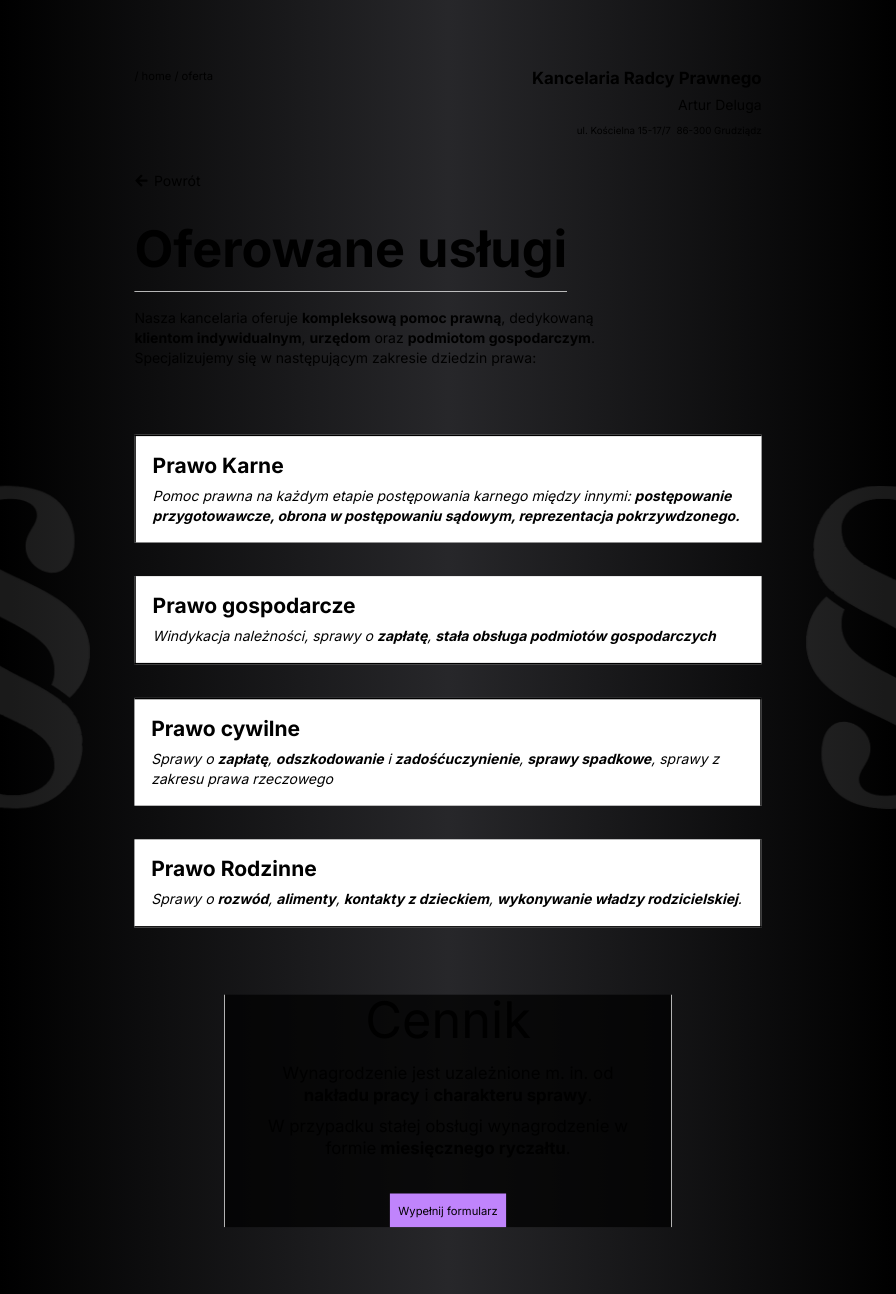
Repository: wesiudev/kancelaria-artur-deluga
Page: /oferta
These files come from the project's save history. The page is drawn as it stood at one moment and after the next save; the edit follows.
The browser window is 1280 px wide. The pictures show the whole page, at 70% of full size.
The project was rebuilt for these pictures with package versions that can differ from the ones it lists, and the page was loaded fresh each time. The framework's server and built-in components were replaced by stand-ins that run in the browser. Also part of the build but not shown: next.config.js.

Above is the page before, as saved 2023-08-08 04:24:09.

### app/layout.tsx
import "./globals.css";
import type { Metadata } from "next";
import { Inter } from "next/font/google";

const inter = Inter({ subsets: ["latin"] });

export const metadata: Metadata = {
  title: "Kancelaria Radcy Prawnego Artur Deluga",
  description:
    "Kancelaria Radcy Prawnego Grudziądz Prawo Karne, Pracwo cywilne, Prawo gospodarcze, Prawo Rodzinne. ul. Kościelna 15-17/7 86-300 Grudziądz. Pomoc prawna na każdym etapie postępowania karnego (postępowanie przygotowawcze, obrona w postępowaniu sądowym, reprezentacja pokrzywdzonego, etc.)",
  viewport: "width=device-width, initial-scale=1",
  icons: {
    icon: "/favicon.png",
  },
};

export default function RootLayout({
  children,
}: {
  children: React.ReactNode;
}) {
  return (
    <html lang="pl" className="scroll-smooth ">
      <body className={inter.className}>{children}</body>
    </html>
  );
}

### app/oferta/page.tsx
"use client";
import Image from "next/image";
import paragraphImage from "@/app/assets/paragraph.png";
import Link from "next/link";
import { FaArrowLeft } from "react-icons/fa";
import { useState } from "react";
const sendContactForm = async (data: any) =>
  fetch("/api/mail", {
    method: "POST",
    body: JSON.stringify(data),
    headers: { "Content-Type": "application/json", Accept: "application/json" },
  }).then((res) => {
    if (!res.ok) throw new Error("Failed to send message");
    return res.json();
  });

export default function OfferMobile() {
  const [isContactOpen, setContactOpen] = useState(false);
  const [firstName, setFirstName] = useState<string>("");
  const [email, setEmail] = useState<string>("");
  const [message, setMessage] = useState<string>("");

  const onSubmit = async () => {
    try {
      await sendContactForm({
        firstName: firstName,
        email: email,
        message: message,
      });
    } catch (error) {}
  };
  return (
    <div className="w-full mx-auto z-[2000] bg-gradient-to-r from-black via-zinc-800 to-black overflow-x-hidden">
      <div className="flex flex-col space-x-[100px] min-h-screen items-center py-24">
        <div className="flex flex-col w-[85vw] lg:w-[70vw] 2xl:w-[60vw] min-h-screen justify-center ">
          <Image
            src={paragraphImage}
            alt="Paragraf obrazek w tle"
            width={224}
            height={224}
            className="fixed opacity-10 -left-24 "
          />
          <Image
            src={paragraphImage}
            alt="Paragraf obrazek w tle"
            width={224}
            height={224}
            className="fixed opacity-10 -right-24 rotate-180"
          />
          <div className="flex flex-col justify-between w-full">
            <div className="flex flex-row justify-between">
              <div className="w-1/2">
                <h1 className="mb-12">
                  {" / "}
                  <Link
                    className="hover:underline hover:underline-offset-4"
                    href="/"
                  >
                    home
                  </Link>
                  {" / "}
                  <Link
                    className="hover:underline hover:underline-offset-4"
                    href="/oferta"
                  >
                    oferta
                  </Link>
                </h1>
              </div>
              <div>
                <h1 className="text-xl lg:text-2xl text-right sm:text-left font-bold">
                  Kancelaria Radcy Prawnego
                </h1>
                <div className="w-full flex justify-end">
                  <h2 className="text-xl mb-12 lg:mb-0 mt-2">Artur Deluga</h2>
                </div>
                <div
                  className={` flex-row space-x-2 text-sm justify-end mt-3 mb-12 hidden lg:flex`}
                >
                  <div>ul. Kościelna 15-17/7</div>
                  <div>86-300 Grudziądz</div>
                </div>
              </div>
            </div>
            <Link
              className="group flex flex-row items-center mb-12 text-xl w-max"
              href="/"
            >
              <FaArrowLeft className="mr-2" />
              <span className="hover:underline hover:underline-offset-4">
                {" "}
                Powrót
              </span>
            </Link>
            <div className="w-max">
              <h1 className="w-max text-4xl md:text-5xl lg:text-7xl  font-bold">
                Oferowane usługi
              </h1>
              <div className="h-px w-full my-6 bg-white" />
            </div>
          </div>
          <h2 className="text-left text-xl w-full lg:w-3/4 ">
            Nasza kancelaria oferuje{" "}
            <span className="font-bold"> kompleksową pomoc prawną</span>,
            dedykowaną <span className="font-bold">klientom indywidualnym</span>
            , <span className="font-bold">urzędom</span> oraz{" "}
            <span className="font-bold">podmiotom gospodarczym</span>.
            Specjalizujemy się w następującym zakresie dziedzin prawa:
          </h2>
          <div className="relative text-black flex flex-col space-y-12 mt-24">
            <div className="max-h-[50vh] border-0 hover:scale-105 duration-300 hover:bg-opacity-100 cursor-default  md:border-l-2 md:border-t-2 border-black bg-white  flex flex-col p-6 justify-between">
              <h1 className="text-3xl font-bold">Prawo Karne</h1>
              <p className="text-xl mt-3 italic">
                Pomoc prawna na każdym etapie postępowania karnego między
                innymi:{" "}
                <span className="font-bold">
                  postępowanie przygotowawcze, obrona w postępowaniu sądowym,
                  reprezentacja pokrzywdzonego.
                </span>
              </p>
            </div>
            <div className="max-h-[50vh] border-0 hover:scale-105 duration-300 hover:bg-opacity-100 cursor-default  md:border-l-2 md:border-b-2 border-black bg-white  flex flex-col justify-between p-6">
              <h1 className="text-3xl font-bold">Prawo gospodarcze</h1>
              <p className="text-xl mt-3 italic">
                Windykacja należności, sprawy o{" "}
                <span className="font-bold">zapłatę</span>,{" "}
                <span className="font-bold">
                  stała obsługa podmiotów gospodarczych
                </span>
              </p>
            </div>

            <div className="max-h-[50vh] border-0 hover:scale-105 duration-300 hover:bg-opacity-100 cursor-default  md:border-t-2 md:border-r-2 border-black bg-white  flex flex-col p-6 justify-between">
              <h1 className="text-3xl font-bold">Prawo cywilne</h1>
              <p className="text-xl mt-3 italic">
                Sprawy o <span className="font-bold">zapłatę</span>,{" "}
                <span className="font-bold">odszkodowanie</span> i{" "}
                <span className="font-bold">zadośćuczynienie</span>,{" "}
                <span className="font-bold">sprawy spadkowe</span>, sprawy z
                zakresu prawa rzeczowego
              </p>
            </div>
            <div className="max-h-[50vh] border-0 hover:scale-105 duration-300 hover:bg-opacity-100 cursor-default  md:border-r-2 md:border-b-2 border-black bg-white  flex flex-col p-6 justify-between">
              <h1 className="text-3xl font-bold">Prawo Rodzinne</h1>
              <p className="text-xl mt-3 italic">
                Sprawy o <span className="font-bold">rozwód</span>,{" "}
                <span className="font-bold">alimenty</span>,{" "}
                <span className="font-bold">kontakty z dzieckiem</span>,{" "}
                <span className="font-bold">
                  wykonywanie władzy rodzicielskiej
                </span>
                .
              </p>
            </div>
          </div>
          <div className="flex flex-col h-max my-auto px-3 lg:px-12 border-l border-r border-white  text-center relative w-[85vw] mt-12 lg:w-[50vw] lg:mx-auto lg:mt-24 lg:bg-black lg:bg-opacity-75">
            <h1 className="text-5xl lg:text-7xl ">Cennik</h1>
            <p className="mt-6 text-base lg:text-2xl">
              Wynagrodzenie jest uzależnione m. in. od{" "}
              <span className="font-bold"> nakładu pracy</span> i{" "}
              <span className="font-bold">charakteru sprawy</span>.
            </p>
            <p className="mt-3 text-sm lg:text-2xl">
              W przypadku stałej obsługi wynagrodzenie w formie
              <span className="font-bold"> miesięcznego ryczałtu</span>.
            </p>
            <button
              onClick={() => setContactOpen(true)}
              className=" p-3 bg-purple-400 hover:bg-purple-300 duration-300 text-black mt-12 w-max mx-auto"
            >
              Wypełnij formularz
            </button>
          </div>
          <div
            className={` flex-row space-x-2 text-sm justify-center mt-12 flex lg:hidden z-[1000]`}
          >
            <div>ul. Kościelna 15-17/7</div>
            <div>86-300 Grudziądz</div>
          </div>
        </div>
      </div>
      <div
        className={`fixed left-[50%] -translate-x-[50%] top-[50%] -translate-y-[50%] bg-gradient-to-bl from-black to-zinc-800 w-max h-max px-12 rounded-3xl py-6 duration-300 ${
          isContactOpen ? "z-[2000] opacity-100" : "z-[-1000] opacity-0"
        }`}
      >
        <h1 className="text-3xl text-center">Kontakt</h1>

        <div className="flex flex-col space-y-3 mt-6 lg:mt-12">
          <div className="flex flex-col lg:flex-row lg:space-x-3">
            <div className="flex flex-col">
              Imię{" "}
              <input
                onChange={(e) => setFirstName(e.target.value)}
                value={firstName}
                id="fName"
                type="text"
                className="mt-2 text-black"
              />
            </div>
            <div className="flex flex-col mt-3 lg:mt-0">
              Email{" "}
              <input
                onChange={(e) => setEmail(e.target.value)}
                value={email}
                type="text"
                className="mt-2 text-black"
              />
            </div>
          </div>
          <div className="flex flex-col mt-2">
            Treść{" "}
            <textarea
              onChange={(e) => setMessage(e.target.value)}
              value={message}
              className="h-full resize-none text-black"
            ></textarea>
          </div>
        </div>
        <div className="w-full flex space-x-3">
          <button
            onClick={() => setContactOpen(false)}
            className="w-1/2 hover:underline py-2 mt-8"
          >
            Powrót
          </button>
          <button
            onClick={onSubmit}
            className="w-1/2 bg-purple-400 hover:bg-purple-300 duration-300 py-2 mt-8"
          >
            Wyślij
          </button>
        </div>
      </div>
    </div>
  );
}

### app/globals.css
@tailwind base;
@tailwind components;
@tailwind utilities;

:root {
  --foreground-rgb: 0, 0, 0;
  --background-start-rgb: 214, 219, 220;
  --background-end-rgb: 255, 255, 255;
}

@media (prefers-color-scheme: dark) {
  :root {
    --foreground-rgb: 255, 255, 255;
    --background-start-rgb: 0, 0, 0;
    --background-end-rgb: 0, 0, 0;
  }
}

body {
  color: rgb(var(--foreground-rgb));
  background: linear-gradient(
      to bottom,
      transparent,
      rgb(var(--background-end-rgb))
    )
    rgb(var(--background-start-rgb));
}

.expand {
  position: relative;
  text-decoration: none;
  display: inline-block;
}
.expand:after {
  display: block;
  content: "";
  border-bottom: solid 3px white;
  transform: scaleX(0);
  transition: transform 250ms ease-in-out;
  transform-origin: 100% 50%;
}
.expand:hover:after {
  transform: scaleX(1);
  transform-origin: 0 50%;
}

.caps {
  font-variant: small-caps;
}
html {
  scroll-behavior: smooth;
  color: #1a1a1a;
}

Loaded but not shown: tailwind.config.js (common file)

After the next save:
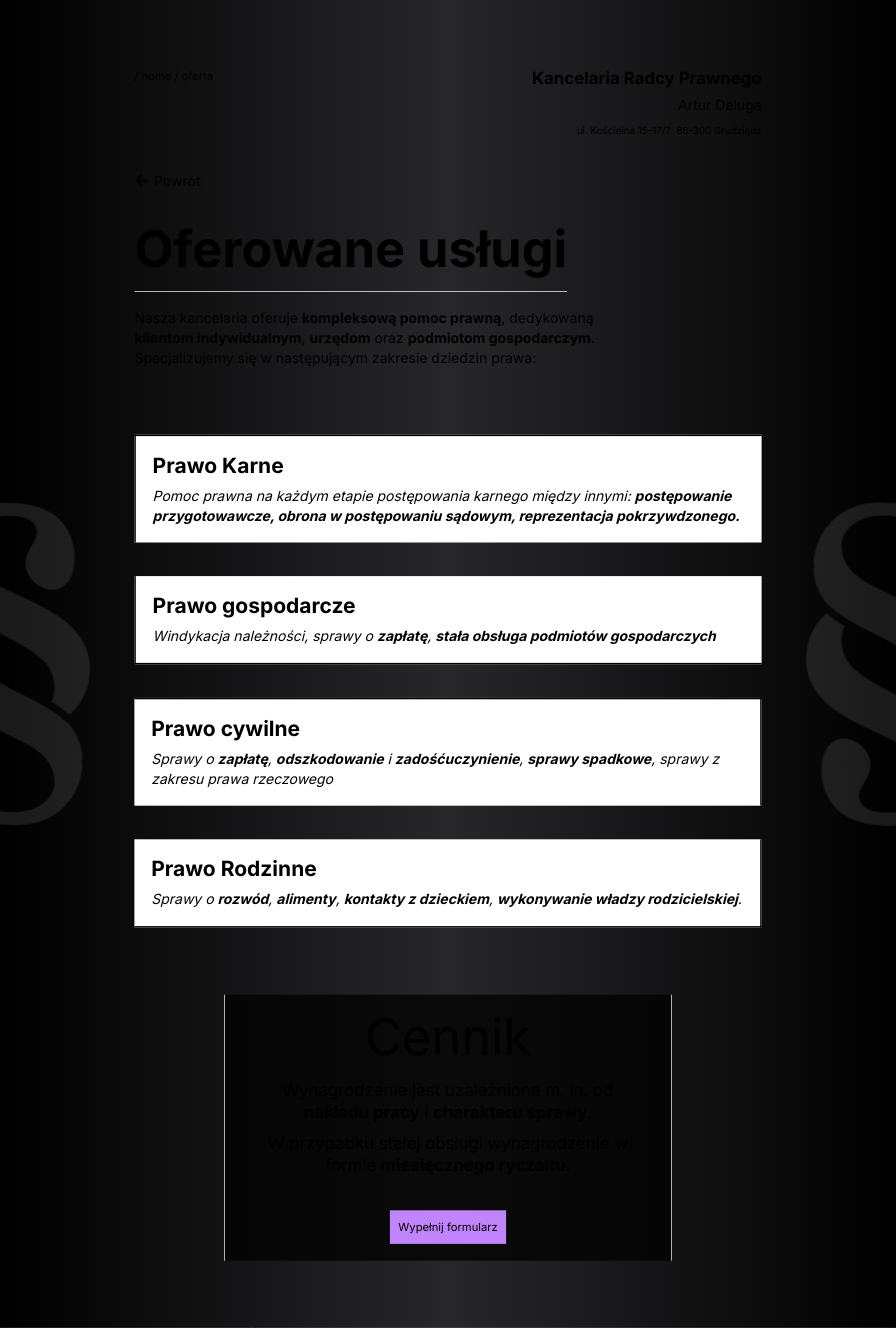
Saved 10 s later.
--- a/app/oferta/page.tsx
+++ b/app/oferta/page.tsx
@@ -153,7 +153,7 @@ export default function OfferMobile() {
               </p>
             </div>
           </div>
-          <div className="flex flex-col h-max my-auto px-3 lg:px-12 border-l border-r border-white  text-center relative w-[85vw] mt-12 lg:w-[50vw] lg:mx-auto lg:mt-24 lg:bg-black lg:bg-opacity-75">
+          <div className="flex flex-col h-max my-auto px-3 lg:px-12 border-l border-r border-white  text-center relative w-[85vw] mt-12 lg:w-[50vw] lg:mx-auto lg:mt-24 lg:bg-black lg:bg-opacity-75 lg:py-6">
             <h1 className="text-5xl lg:text-7xl ">Cennik</h1>
             <p className="mt-6 text-base lg:text-2xl">
               Wynagrodzenie jest uzależnione m. in. od{" "}
